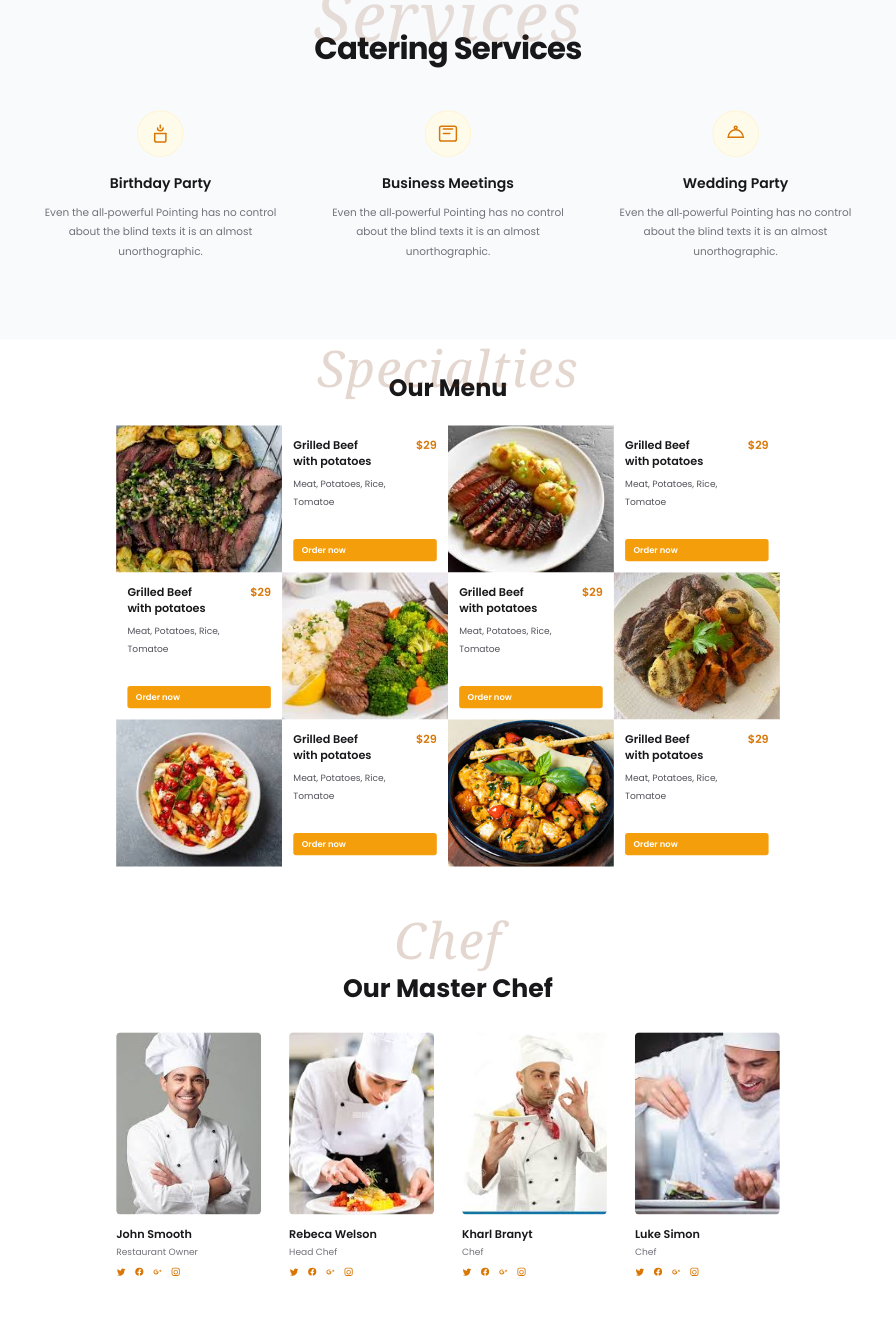
Repository: Purniagithub/Benttacproject
Page: /
These files come from the project's save history. The page is drawn as it stood at one moment and after a run of saves; the edit follows.
The browser window is 1280 px wide. The pictures show the part of the page from y = 1227 to 3147 px (the page is 3147 px tall), at 70% of full size.
Some web fonts or font styles are not loaded; a fallback is used. The project was rebuilt for these pictures with package versions that can differ from the ones it lists, and the page was loaded fresh each time. Also part of the build but not shown: vite.config.js.

Above is the page before, as saved 2025-08-21 18:37:08.

After the next 2 saves:
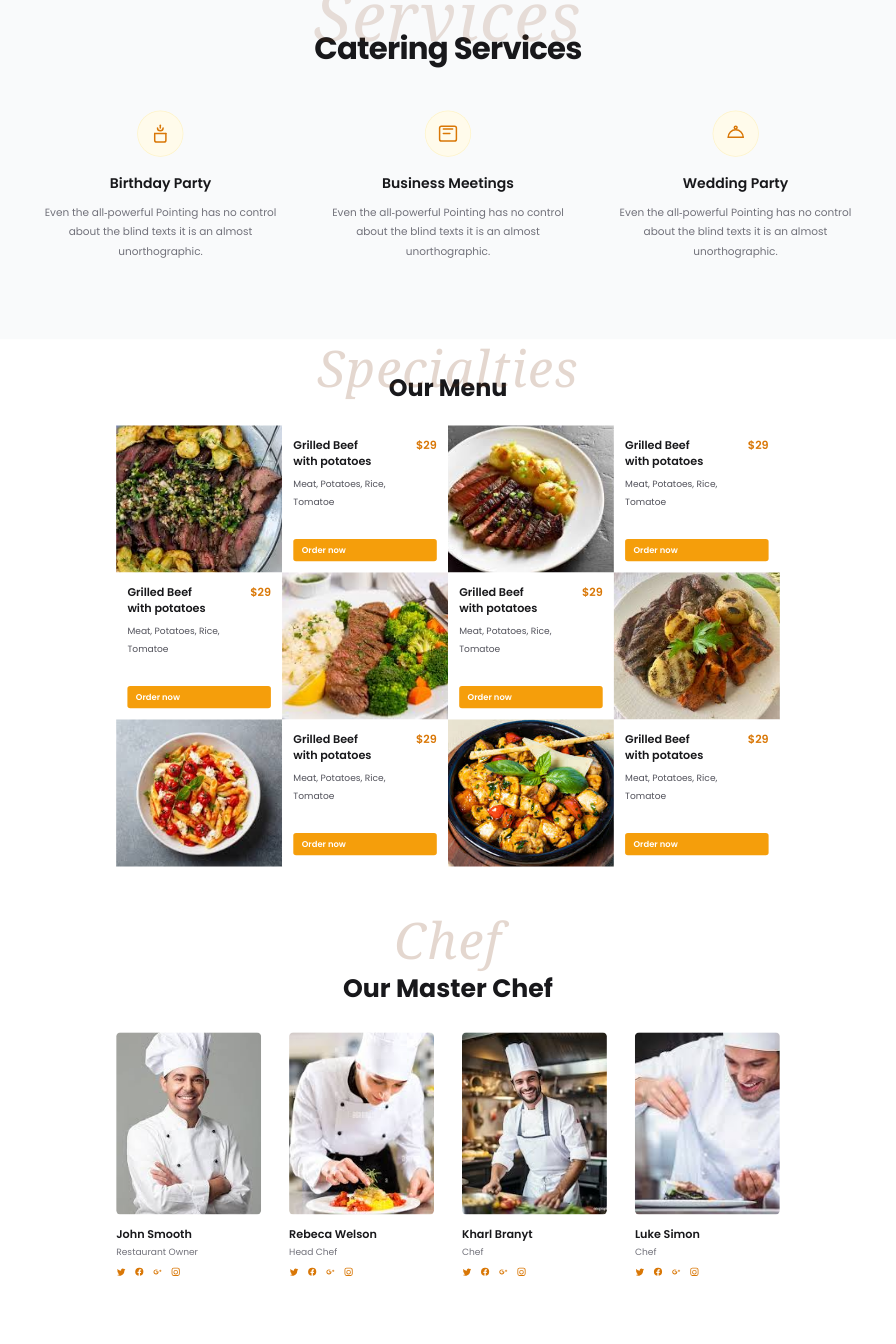
The 2 saves are shown as one change because they came seconds apart.
The last was saved 14 s later.
--- a/src/components/MasterChef.jsx
+++ b/src/components/MasterChef.jsx
@@ -38,7 +38,7 @@ const chefs = [
   {
     name: "Kharl Branyt",
     role: "Chef",
-    src: "/chef-10.jpeg",
+    src: "/chef-2.jpeg",
     alt: "Chef Kharl Branyt",
   },
   {
